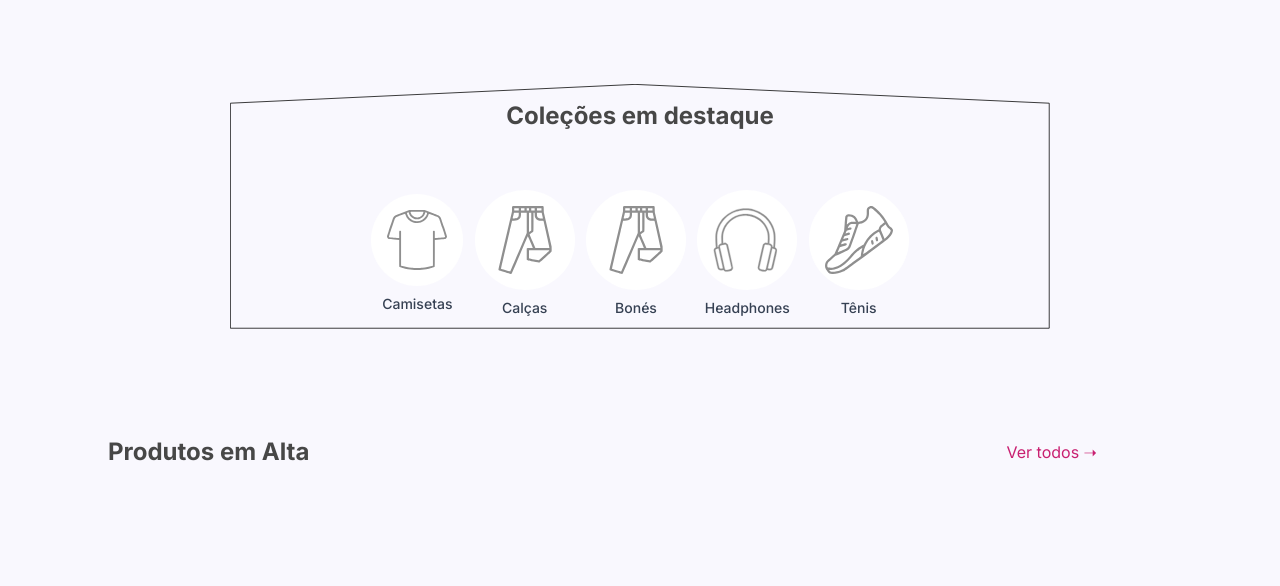
Repository: gimoli/loja-digital
Page: index.html
The author's editor kept a copy of each file at every save. The page is drawn from the files as they stood at one save, then again after the next save.
The browser window is 1280 px wide. The pictures show the part of the page from y = 1294 to 1880 px (the page is 1880 px tall).

Above is the page before, as saved 2025-04-25 14:40:17.

### index.html
<!DOCTYPE html>
<html lang="pt-br">
<head>
    <meta charset="UTF-8">
    <meta name="viewport" content="width=device-width, initial-scale=1.0">
    <title>Digital Store</title>
    <link href="./style.css" rel="stylesheet">
    <script src="https://cdn.jsdelivr.net/npm/@tailwindcss/browser@4"></script>
    <link rel="shortcut icon" href="/assets/Logo-Digital.svg" type="image/x-icon">
</head>
<body>
<header class="flex flex-col gap-12 px-[108px] py-[38px]">
    <div class="flex items-center justify-between">
        <div class="flex gap-1">
            <img src="/assets/Logo-Digital.svg" alt="Logo da Digital Store">
            <h1 class="text-4xl text-(--primary-color) font-semibold">Digital Store</h1>
        </div>
        <input type="text" placeholder="Pesquisar produto..." class="bg-(--light-gray-3) py-2 px-3 rounded-lg ml-40 mr-14
         bg-[url(/assets/search.svg)] bg-no-repeat bg-right focus:placeholder-transparent w-[560px] focus:outline-none"/>
        <div>
            <a href="#" class="bg-(--primary-color) text-white rounded-lg px-7 py-3 font-bold text-sm">
                Entrar
            </a>
        </div>
        <div class="relative">
            <img src="/assets/Carrinho-preto.svg" alt="Imagem de um carrinho de compras">
            <div class="flex justify-center items-center absolute bg-(--tertiary-color) text-white font-bold text-xs rounded-full w-[18px] h-[18px] bottom-[15px] left-3">
                2
            </div>
        </div>
    </div>
    </div>
    <nav class="pl-32">
        <ul class="flex gap-6 text-(--dark-gray-2)">
            <li class="hover:text-(--primary-color) hover:font-bold">
                <a href="#">
                Home
            </a>
        </li>
            <li class="hover:text-(--primary-color) hover:font-bold">
                <a href="#">
                Produtos
            </a>
        </li>
            <li class="hover:text-(--primary-color) hover:font-bold">
                <a href="#">
                Categorias
            </a>
        </li>
            <li class="hover:text-(--primary-color) hover:font-bold">
                <a href="#">
                Meus Pedidos
            </a>
        </li>
        </ul>
    </nav>
</header>
<main>
    <section class="flex px-[108px] bg-(--light-gray-3) py-[78px] h-[680px] relative">
        <div class="flex flex-col gap-5 w-[466px]">
            <p class="text-(--warnig-color) font-bold">
                Melhores ofertas personalizadas
            </p>
            <h2 class="font-extrabold text-6xl">
                Queima de estoque Nike 🔥
            </h2>
            <p class="text-(--dark-gray-2) text-lg">
                Consequat culpa exercitation mollit nisi excepteur do do tempor laboris eiusmod irure consectetur.
            </p>
            <a href="#" class="flex items-center justify-center bg-(--primary-color) text-(--light-gray-3) font-bold w-[210px] h-[48px] rounded-lg">
                Ver Ofertas
            </a>
        </div>
        <img src="/assets/White-Sneakers-PNG-Clipart 1.svg" alt="Foto de um tenis branco" class="absolute right-28 bottom-8"/>
        <img src="/assets/ornament.svg" alt="Firula do site - by wendell" class="absolute top-12 right-8">
    </section>
    <section class="flex flex-col gap-15 px-[108px] py-[42px] bg-(--sec-color)">
        <div class="flex flex-col gap-10">
            <h4 class="text-(--dark-gray-2) font-bold text-2xl">
                Coleções em destaque
            </h4>
            <ul class="grid grid-cols-3 gap-3.5 h-68">
                <li  class="flex bg-[#D8E3F2] pl-8 pt-8 rounded-md relative bg-[url(/assets/star-wars-shirt-pic.svg)] bg-no-repeat bg-bottom-right">
                    <div class="w-1/2 z-10">
                    <p class="bg-[#E7FF86] rounded-4xl font-bold text-(--dark-gray-2) w-[96px] text-center py-1.5 text-sm">
                        30% OFF
                    </p>
                    <h5 class="font-bold text-(--dark-gray) text-4xl mt-2.5 mb-8">
                        Novo drop Supreme
                    </h5>
                    <a href="#" class="text-(--primary-color) bg-white rounded-xl font-bold px-12 py-4.5">
                        Comprar
                    </a>
                </div>
                </li>
                <li  class="flex bg-[#D8E3F2] pl-8 pt-8 rounded-md relative bg-[url(/assets/sneaks-pic.svg)] bg-no-repeat bg-bottom-right">
                    <div class="w-1/2 z-10">
                    <p class="bg-[#E7FF86] rounded-4xl font-bold text-(--dark-gray-2) w-[96px] text-center py-1.5 text-sm">
                        30% OFF
                    </p>
                    <h5 class="font-bold text-(--dark-gray) text-4xl mt-2.5 mb-8">
                        Coleção Adidas
                    </h5>
                    <a href="#" class="text-(--primary-color) bg-white rounded-xl font-bold px-12 py-4.5">
                        Comprar
                    </a>
                </div>
                </li>
                <li  class="flex bg-[#D8E3F2] pl-8 pt-8 rounded-md relative bg-[url(/assets/headphone-pic.svg)] bg-no-repeat bg-bottom-right">
                    <div class="w-1/2 z-10">
                    <p class="bg-[#E7FF86] rounded-4xl font-bold text-(--dark-gray-2) w-[96px] text-center py-1.5 text-sm">
                        30% OFF
                    </p>
                    <h5 class="font-bold text-(--dark-gray) text-4xl mt-2.5 mb-8">
                        Novo<br> Beats Bass
                    </h5>
                    <a href="#" class="text-(--primary-color) bg-white rounded-xl font-bold px-12 py-4.5">
                        Comprar
                    </a>
                </div>
                </li>
            </ul>
        </div>

    </section>

    <section class="flex flex-col gap-15 px-[230px] py-[42px] bg-(--sec-color)">
        <div class="relative flex flex-col gap-10 px-[108px]">
            <h4 class="text-(--dark-gray-2) font-bold text-2xl text-center py-4">
                Coleções em destaque
            </h4>
            <img src="/assets/borda.svg" alt="foto da borda" class="absolute left-0 w-full" />
        </div>

        </section>

        <section class="flex justify-evenly items-center px-90 bg-(--sec-color)">
            <div class="flex flex-col items-center">
        <div class="bg-(--white) rounded-full p-4 w-fit">
            <img src="assets/T-shirt.svg" alt="Foto da blus" class=" w-[60px] h-[60px]">
        </div>
        <span class="mt-2 text-sm font-medium text-gray-700">Camisetas</span>
</div>
            <div class="flex flex-col items-center">
                <div class="bg-(--white) rounded-full p-4 w-fit">
                    <img src="assets/Pants.svg" alt="Foto da calça"  class=" w-17 h-17">
            </div>
                <span class="mt-2 text-sm font-medium text-gray-700">Calças</span>
            </div>

            <div class="flex flex-col items-center">
            <div class="bg-(--white) rounded-full p-4 w-fit">
              <img src="assets/Pants.svg" alt="era para ser o bone"  class=" w-17 h-17">
            </div>
            <span class="mt-2 text-sm font-medium text-gray-700">Bonés</span>
            </div>

            <div class="flex flex-col items-center">
            <div class="bg-(--white) rounded-full p-4 w-fit">
              <img src="assets/Headphones-colecoes-em-destaque.svg" alt="Foto do fone de ouvido"  class=" w-17 h-17">
            </div>
            <span class="mt-2 text-sm font-medium text-gray-700">Headphones</span>
            </div>

            <div class="flex flex-col items-center">
            <div class="bg-(--white) rounded-full p-4 w-fit">
              <img src="assets/Tenis.svg" alt="Foto do Tênis"  class=" w-17 h-17">
            </div>
            <span class="mt-2 text-sm font-medium text-gray-700">Tênis</span>
            </div>

    </section>
    <section class="flex flex-col gap-15 px-[108px] py-[42px] bg-(--sec-color)">
        <div class="flex flex-col gap-10">
            <div class="flex justify-between items-center">
                <h4 class="text-(--dark-gray-2) font-bold text-2xl py-19">
                    Produtos em Alta
                </h4>
                <a href="#" class="text-(--primary-color) mr-[75px]">
                    Ver todos ➝
                </a>
            </div>
        </div>
    </section>
</main>
</body>
</html>

### style.css
@import url('https://fonts.googleapis.com/css2?family=Inter:ital,opsz,wght@0,14..32,100..900;1,14..32,100..900&display=swap');

:root {
    --dark-gray: #1F1F1F;
    --dark-gray-2: #474747;
    --dark-gray-3: #666666;
    --light-gray: #8F8F8F;
    --light-gray-2: #CCCCCC;
    --light-gray-3: #F5F5F5;
    --white: #FFFFFF;
    --sec-color: #F9F8FE;
    --primary-color: #C92071;
    --secondary-color: #B5B6F2;
    --tertiary-color: #991956;
    --error-color: #EE4266;
    --success-color: #52CA76;
    --warnig-color: #F6AA1C;
    --primary-gradient: 180deg, #C92071, #EDABCA;
    --secondary-gradient: 180deg, #B5B6F2, #EFEFFF;
}

* {
    font-family: "Inter", sans-serif;
    box-sizing: border-box;
}

After the next save:
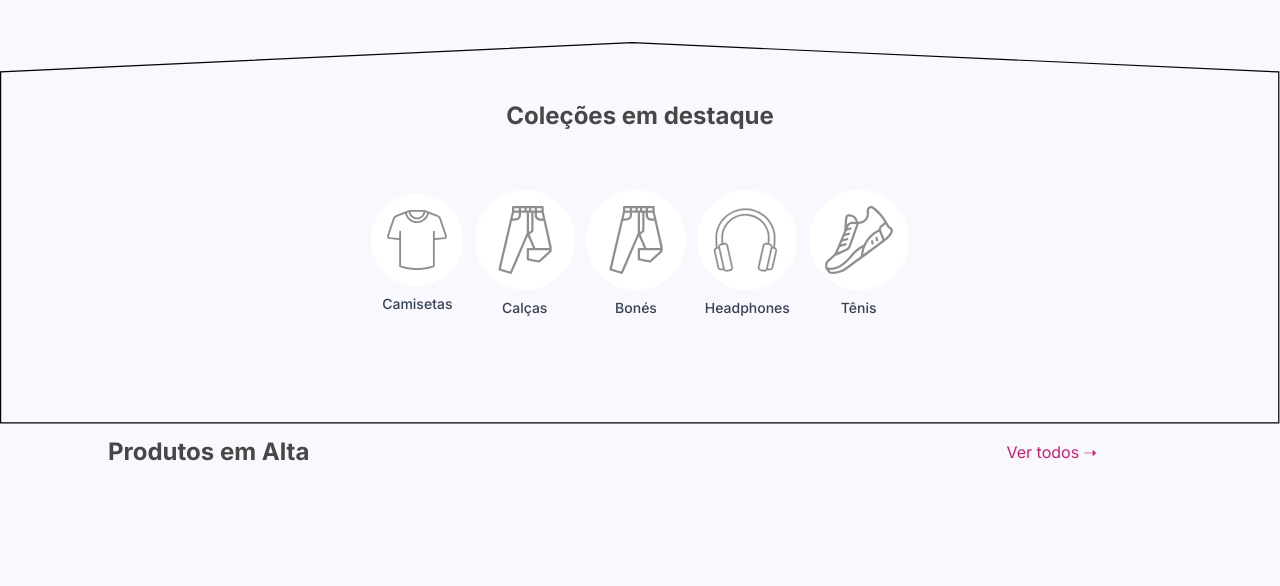
Saved 84 s later.
--- a/index.html
+++ b/index.html
@@ -124,15 +124,16 @@
 
     </section>
 
-    <section class="flex flex-col gap-15 px-[230px] py-[42px] bg-(--sec-color)">
-        <div class="relative flex flex-col gap-10 px-[108px]">
+    <section class="relative flex flex-col gap-15 px-[108px] py-[42px] bg-(--sec-color)">
+        <img src="/assets/borda.svg" alt="foto da borda" class="absolute left-0 top-0 w-full" />
+
+        <div class="flex flex-col gap-10 relative">
             <h4 class="text-(--dark-gray-2) font-bold text-2xl text-center py-4">
                 Coleções em destaque
             </h4>
-            <img src="/assets/borda.svg" alt="foto da borda" class="absolute left-0 w-full" />
         </div>
+    </section>
 
-        </section>
 
         <section class="flex justify-evenly items-center px-90 bg-(--sec-color)">
             <div class="flex flex-col items-center">
